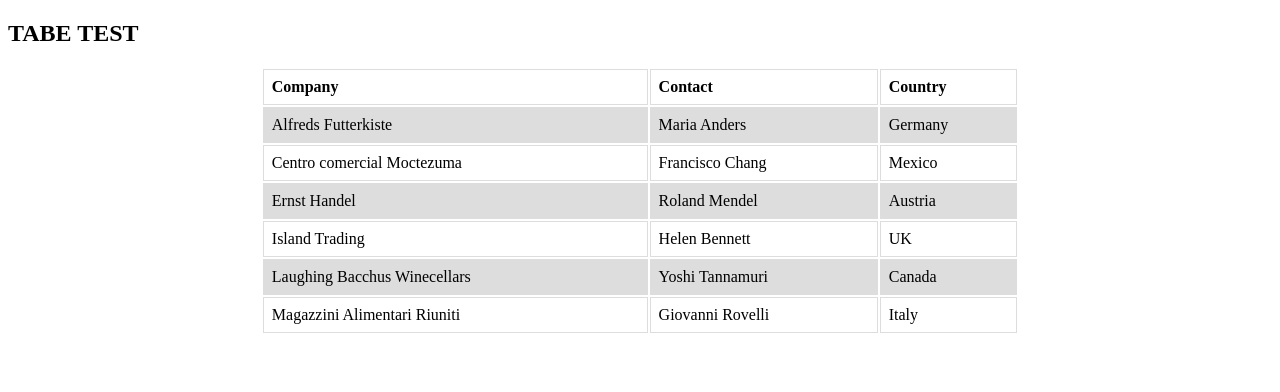
Repository: skybluelion/KB
Page: KB/work05_front/front01_html5/src/main/webapp/WEB-INF/html03_table.html
These files come from the project's save history. The page is drawn as it stood at one moment and after the next save; the edit follows.
The browser window is 1280 px wide. The pictures show the whole page.

Above is the page before, as saved 2023-04-07 04:36:39.

### KB/work05_front/front01_html5/src/main/webapp/WEB-INF/html03_table.html
<!DOCTYPE html>
<html>
	<head>
		<meta charset="UTF-8">
		<title>Insert title here</title>
		<style type="text/css">
			table {
			  width: 60%;
			  margin: 0 auto;
			  text-align: center;
			}

			td, th {
			  border: 1px solid #dddddd;
			  text-align: left;
			  padding: 8px;
			}

			tr:nth-child(even) {
			  background-color: #dddddd;
			}
		</style>
	</head>
	<body>

		<h2>TABE TEST</h2>

		<table>
		  <tr>
		    <th>Company</th>
		    <th>Contact</th>
		    <th>Country</th>
		  </tr>
		  <tr>
		    <td>Alfreds Futterkiste</td>
		    <td>Maria Anders</td>
		    <td>Germany</td>
		  </tr>
		  <tr>
		    <td>Centro comercial Moctezuma</td>
		    <td>Francisco Chang</td>
		    <td>Mexico</td>
		  </tr>
		  <tr>
		    <td>Ernst Handel</td>
		    <td>Roland Mendel</td>
		    <td>Austria</td>
		  </tr>
		  <tr>
		    <td>Island Trading</td>
		    <td>Helen Bennett</td>
		    <td>UK</td>
		  </tr>
		  <tr>
		    <td>Laughing Bacchus Winecellars</td>
		    <td>Yoshi Tannamuri</td>
		    <td>Canada</td>
		  </tr>
		  <tr>
		    <td>Magazzini Alimentari Riuniti</td>
		    <td>Giovanni Rovelli</td>
		    <td>Italy</td>
		  </tr>
		</table>

</body>
</html>

After the next save:
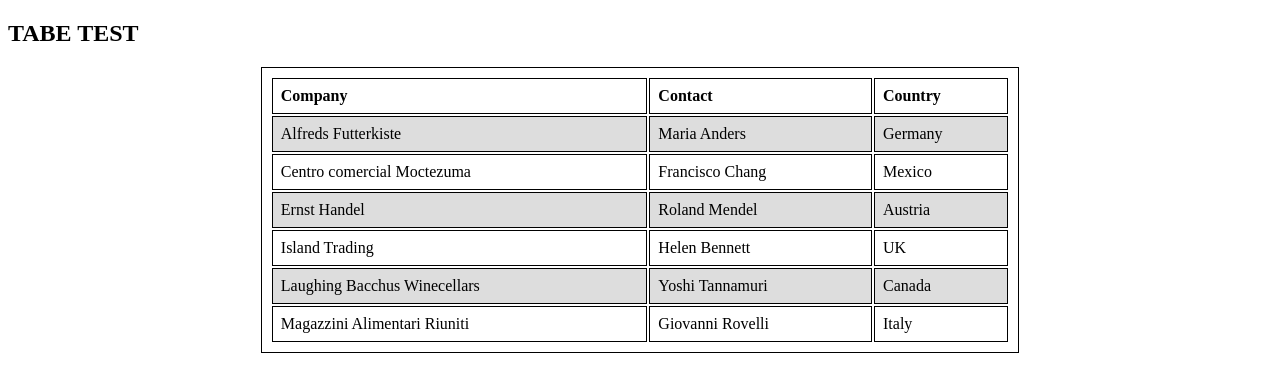
Saved 117 s later.
--- a/KB/work05_front/front01_html5/src/main/webapp/WEB-INF/html03_table.html
+++ b/KB/work05_front/front01_html5/src/main/webapp/WEB-INF/html03_table.html
@@ -10,8 +10,9 @@
 			  text-align: center;
 			}
 
-			td, th {
-			  border: 1px solid #dddddd;
+			/* 전부 다 선택자로 지정,,, 열거형*/
+			table, tr, td, th {
+			  border: 1px solid black;
 			  text-align: left;
 			  padding: 8px;
 			}
